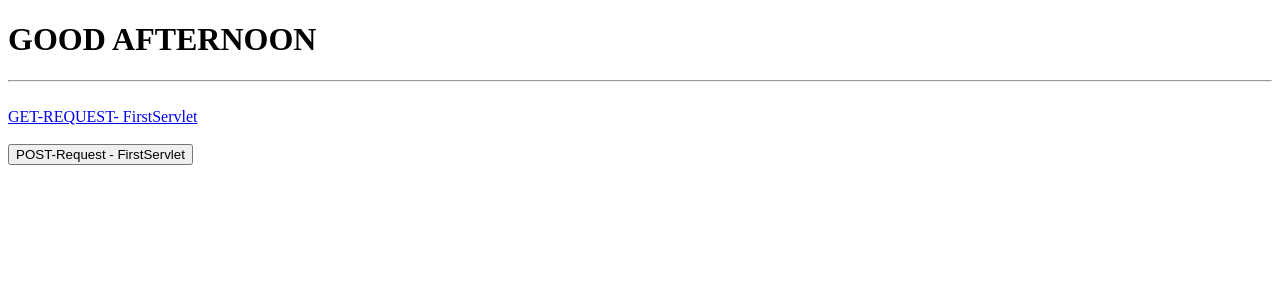
Repository: sunbeam-modular/IIT-08-B-Java
Page: Day06/codes/day1/secondapp/src/main/webapp/index.html
These files come from the project's save history. The page is drawn as it stood at one moment and after the next save; the edit follows.
The browser window is 1280 px wide. The pictures show the whole page.

Above is the page before, as saved 2025-12-22 10:13:08.

After the next save:
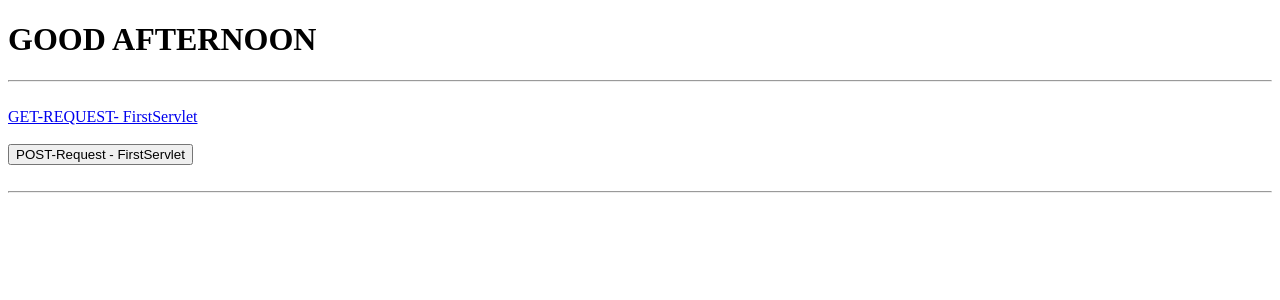
Saved 81 s later.
--- a/Day06/codes/day1/secondapp/src/main/webapp/index.html
+++ b/Day06/codes/day1/secondapp/src/main/webapp/index.html
@@ -17,6 +17,9 @@
 <form method = "post" action = "first">
 <input type = "submit" value = "POST-Request - FirstServlet"/>
 </form>
+<br>
+<hr/>
 </div>
+
 </body>
 </html>
